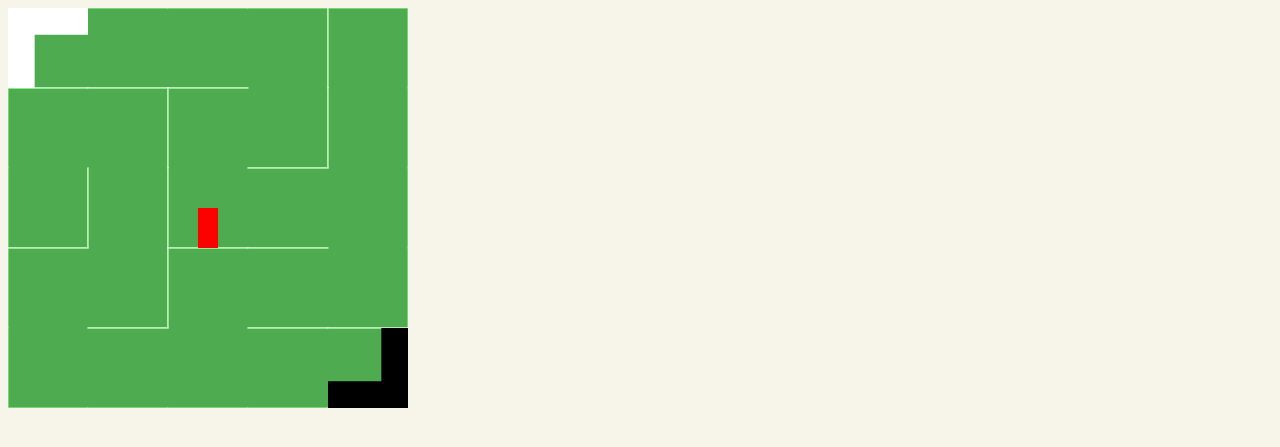
Repository: animarcus/maze-generator
Page: index.html
These files come from the project's save history. The page is drawn as it stood at one moment and after the next save; the edit follows.
The browser window is 1280 px wide. The pictures show the whole page.
Some web libraries are served in a nearby version.

Above is the page before, as saved 2020-09-12 18:51:33.

### index.html
<!DOCTYPE html>
<html lang="en">
<head>
  <link rel="apple-touch-icon" sizes="180x180" href="/icons/apple-touch-icon.png">
  <link rel="icon" type="image/png" sizes="32x32" href="/icons/favicon-32x32.png">
  <link rel="icon" type="image/png" sizes="16x16" href="/icons/favicon-16x16.png">
  <link rel="manifest" href="/icons/site.webmanifest">
  <link rel="mask-icon" href="/icons/safari-pinned-tab.svg" color="#5bbad5">
  <link rel="shortcut icon" href="/icons/favicon.ico">
  <meta name="msapplication-TileColor" content="#da532c">
  <meta name="msapplication-config" content="/icons/browserconfig.xml">
  <meta name="theme-color" content="#ffffff">

  <script type="text/javascript" src="https://cdn.jsdelivr.net/npm/p5@1.1.4/lib/p5.min.js"></script>
  <script src="js/cell.js"></script>
  <script src="js/sketch.js"></script>
  <script src="js/solver.js"></script>


  <link rel="stylesheet" href="css/style.css">
  <meta charset="UTF-8">
  <meta name="viewport" content="width=device-width, initial-scale=1.0, maximum-scale=1.0, user-scalable=0">
  <title>Maze Generator</title>
</head>
<body>
</body>
</html>

### js/cell.js
class Cell {
  constructor(i, j) {
    this.i = i;
    this.j = j;
    this.walls = [true,true,true,true];
    this.visited = false;
  }
  checkNeighbors() {
    let neighbors = [];
    // console.log(index(i+1  , j   ));
    let top     = grid[index(this.i    , this.j-1 )];
    let right   = grid[index(this.i+1  , this.j   )];
    let bottom  = grid[index(this.i    , this.j +1)];
    let left    = grid[index(this.i-1  , this.j   )];
    if (top && !top.visited) {
      neighbors.push(top);
    }
    if (right && !right.visited) {
      neighbors.push(right);
    }
    if (bottom && !bottom.visited) {
      neighbors.push(bottom);
    }
    if (left && !left.visited) {
      neighbors.push(left);
    }
    if (neighbors.length > 0) {
      let r = floor(Math.random() * neighbors.length);
      return neighbors[r];
    } else {
      return undefined;
    }
  }
  highlight() {
    let x = this.i * w;
    let y = this.j * w;
    fill(150, 0, 0, 255);
    noStroke();
    rect(x, y, w, w);
  }
  show() {
    let x = this.i*w;
    let y = this.j*w;
    stroke(255);
    if (this.walls[0]) {
      line(x,y,x+w,y);
    }
    if (this.walls[1]) {
      line(x+w,y,x+w,y+w);
    }
    if (this.walls[2]) {
      line(x+w,y+w,x,y+w);
    }
    if (this.walls[3]) {
      line(x,y+w,x,y);
    }
    if (this.visited) {
      noStroke();
      fill(100, 255, 100, 150);
      rect(x, y, w, w);
    }
  }
}

### js/sketch.js



let cols, rows;
let w = 80;
let grid = [];
let current;
let stack = [new Cell(0, 0)];

let generated;
let solveOK;


function setup() {
  createCanvas(400,400);
  cols = floor(width/w);
  rows = floor(width/w);

  // frameRate(7);

  generated = false;
  solveOK = false;

  for (let j = 0; j < rows; j++) {
    for (let i = 0; i < cols; i++) {
      let cell = new Cell(i,j);
      grid.push(cell);
    }
  }
  current = grid[0];
}

function draw() {
  background(51);
  for (let i = 0; i < grid.length; i++) {
    grid[i].show();
  }
  if (!generated) {
    maze.generateMaze();
  } else if (solveOK) {
    maze.solveMaze();
  }
}


let maze = {
  generateMaze : function() {
    current.visited = true;
    current.highlight();
    let next = current.checkNeighbors();
    // console.log(stack);
    if (next) {
      next.visited = true;
      //step 2
      stack.push(next);
      //step 3
      removeWalls(current, next);
      //step 4
      current = next;
    } else if (stack.length > 0) {
      current = stack.pop();
      if (stack.length == 0) {
        frameRate(3);
        // console.log("no");
        solver = new Solver(0, 0);
        generated = true;

        solveOK = true;
      }
    }
  },
  solveMaze : function() {
    // grid[0].highlight();
    noStroke();
    fill(color("white"));
    rect(grid[0].i, grid[0].j, w/3, w);
    rect(grid[0].i, grid[0].j, w, w/3);
    fill(color("black"));
    rect(grid[grid.length-1].i*w + w, grid[grid.length-1].j*w + w, -w/3, -w);
    rect(grid[grid.length-1].i*w + w, grid[grid.length-1].j*w + w, -w, -w/3);

    fill(color("red"));
    // rect(solver.i+w/10,solver.j+w/10,w-w/5,w-w/5);
    solver.draw();
    solver.move();
  }
};


function index(i, j) {
  if (i < 0 || j < 0 || i > cols-1 || j > rows-1) {
    return -1;
  }
  return i + j * cols;
}


function removeWalls(a, b) {
  let x = a.i - b.i;
  if (x === 1) {
    a.walls[3] = false;
    b.walls[1] = false;
  } else if (x == -1) {
    a.walls[1] = false;
    b.walls[3] = false;
  }

  let y = a.j - b.j;
  if (y === 1) {
    a.walls[0] = false;
    b.walls[2] = false;
  } else if (y === -1) {
    a.walls[2] = false;
    b.walls[0] = false;
  }

}

### js/solver.js
let facing;
class Solver {
  constructor(x, y) {
    this.i = x;
    this.j = y;
    this.direction = -1; // up-right-down-left
  }
  draw() {
    this.current = grid[index(this.i, this.j)];

    fill(color("red"));
    // this.direction = Math.abs(this.direction);
    let x = this.i*w;
    let y = this.j*w;
    if (this.direction % 4 === 0) {
      this.facing = grid[index(this.i, this.j-1)];
      rect(x + w/2-w/8, y + w/2, w/4, -w/2);
    } else if (this.direction % 4 === 1) {
      rect(x + w/2, y + w/2-w/8, w/2, w/4);
      this.facing = grid[index(this.i+1, this.j)];
    } else if (this.direction % 4 === 2) {
      rect(x + w/2-w/8, y + w/2, w/4, w/2);
      this.facing = grid[index(this.i, this.j+1)];
    } else if (this.direction % 4 === 3) {
      rect(x + w/2, y + w/2-w/8, -w/2, w/4);
      this.facing = grid[index(this.i-1, this.j)];
    }
  }
  move() {
    console.log(" ");
    if (this.current.walls[solveDirection(this.direction)]) {
      console.log("wall in front"); // wall in front
      if (this.current.walls[solveDirection(this.direction + 1)]) {
        console.log("wall on right", solveDirection(this.direction -1)); // wall on right
        if (this.current.walls[solveDirection(this.direction - 1)]) {
          console.log("wall on left"); // wall on left
          this.direction += 1;
        } else {
          this.direction -= 1;
        }
      }
      else {
        this.direction += 1;
      }
    } else {
      this.i = this.facing.i;
      this.j = this.facing.j;
    }
    // up wall check : this.current.walls[0] && this.facing.walls[2]
    // right wall check : this.current.walls[1] && this.facing.walls[3]
    // down wall check : this.current.walls[2] && this.facing.walls[0]
    // left wall check : this.current.walls[3] && this.facing.walls[1]
  }
}


function solveDirection(dir) {
  if (dir < 0) {
    dir += 4;
  }
  if (dir % 4 === 0) {
    dir = 0;
  } else if (dir % 4 === 1) {
    dir = 1;
  } else if (dir % 4 === 2) {
    dir = 2;
  } else if (dir % 4 === 3) {
    dir = 3;
  }
  return dir;
}

### css/style.css
* {
  cursor: default;
  /* -webkit-touch-callout: none;
  -webkit-user-select: none;
  -khtml-user-select: none;
  -moz-user-select: none;
  -ms-user-select: none;
  user-select: none; */
}
body {
  background: #f7f4ea;
  height: 100%;
  overflow-y: hidden;
  overflow-x: hidden;
  /* border-radius: 50%; */
}

/* p {
  position: absolute;
  top:50%;
  left:50%;
  transform: translate(-50%,-50%);
} */

After the next save:
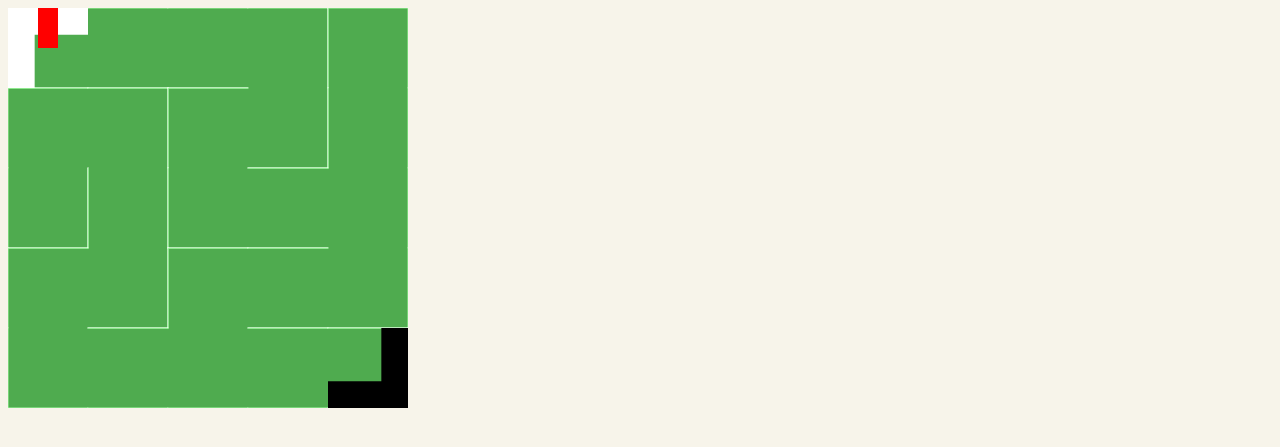
Saved 3 min 57 s later.
--- a/js/solver.js
+++ b/js/solver.js
@@ -43,8 +43,12 @@ class Solver {
         this.direction += 1;
       }
     } else {
-      this.i = this.facing.i;
-      this.j = this.facing.j;
+      if (this.current.walls[solveDirection(this.direction + 1)]) {
+        this.direction -= 1;
+      } else {
+        this.i = this.facing.i;
+        this.j = this.facing.j;
+      }
     }
     // up wall check : this.current.walls[0] && this.facing.walls[2]
     // right wall check : this.current.walls[1] && this.facing.walls[3]
